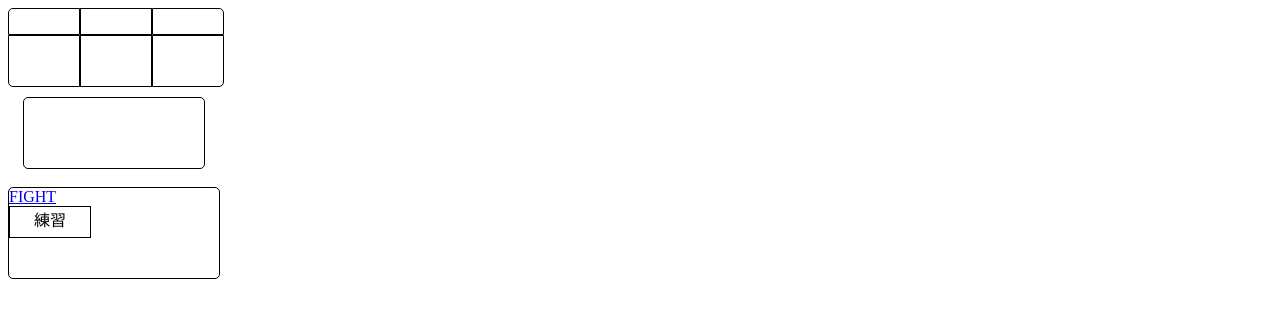
Repository: kousuke-2047/test
Page: http://localhost/Oldmove/
An editor plug-in stored every save of this project. The page is shown before and after the next save, followed by the edit.
The browser window is 1280 px wide. The pictures show the whole page.
After loading, the first visible `div.button` was clicked once.
The page is served by Tomcat 9.

Above is the page before, as saved 2018-06-22 05:29:36.

After the next save:
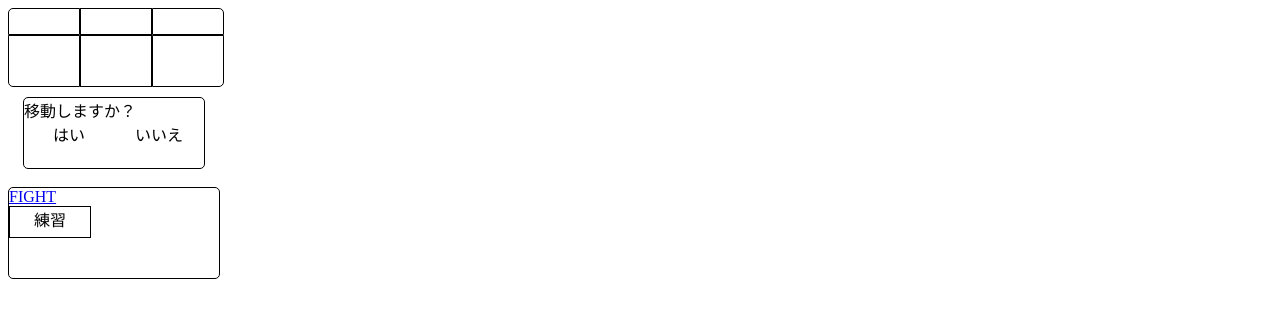
Saved 6 s later.
--- a/Oldmove/WebContent/js/script.js
+++ b/Oldmove/WebContent/js/script.js
@@ -79,5 +79,6 @@ $(function(){
 $(function(){
 	$(".button").click(function(){
 		$(".messagebox").css("border-color","black");
+		$(".messagebox").css("color","black");
 	});
 });
